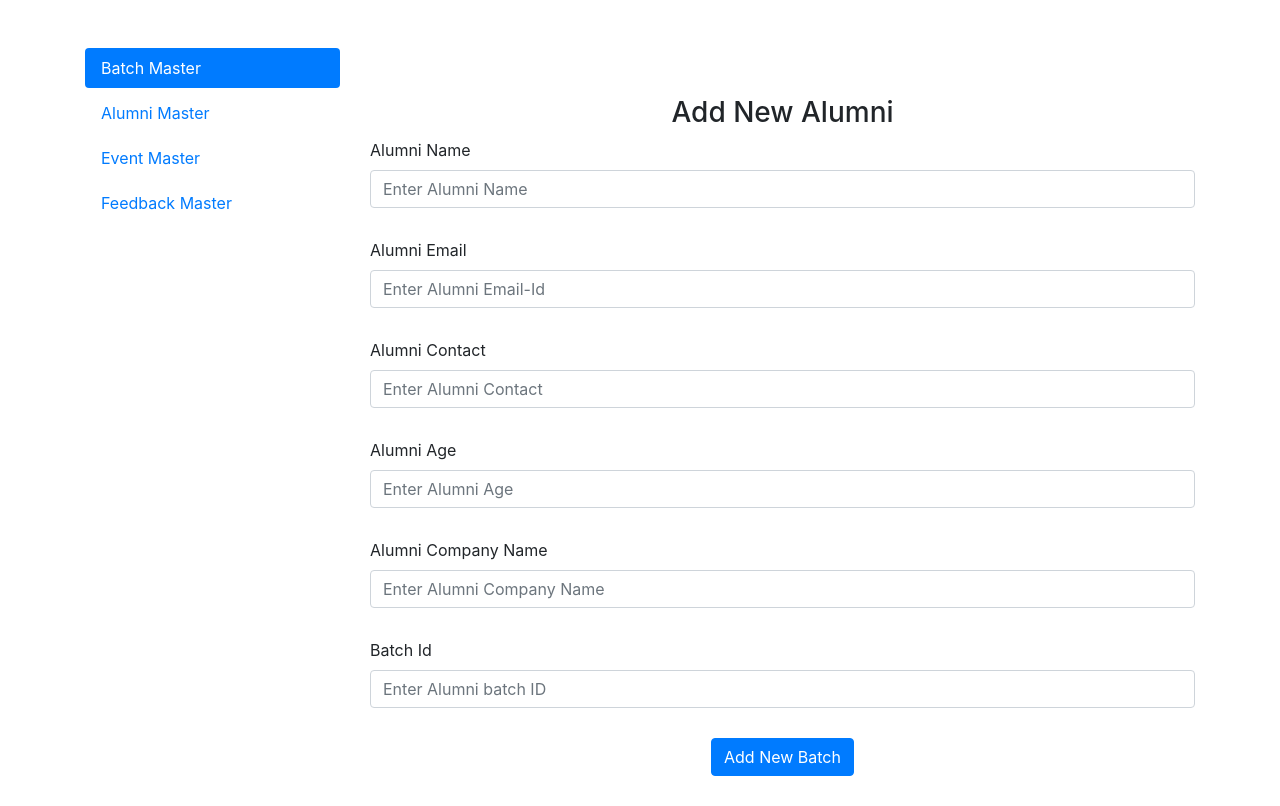
Repository: Shreyash1107/Web_Projects
Page: http://localhost/AlumnieventmanagementApplication/AddAlumni.jsp
These files come from the project's save history. The page is drawn as it stood at one moment and after a run of saves; the edit follows.
The browser window is 1280 px wide. The pictures show the whole page.
The page is served by Tomcat 9. Nobody is signed in. The application's start-up code is not run.

Above is the page before, as saved 2024-07-28 09:37:59.

After the next 2 saves:
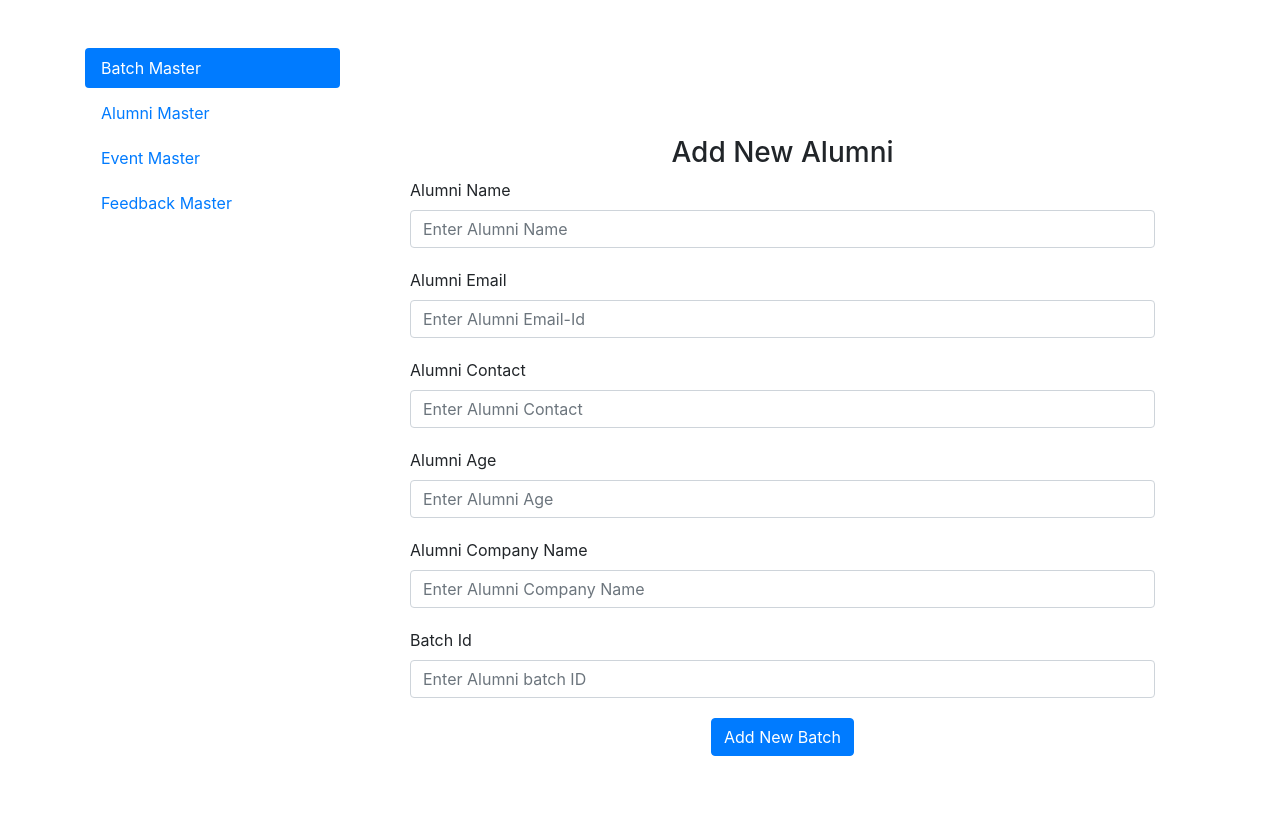
The 2 saves are shown as one change because they came seconds apart.
The last was saved 11 s later.
--- a/AlumnieventmanagementApplication/src/main/webapp/AddAlumni.jsp
+++ b/AlumnieventmanagementApplication/src/main/webapp/AddAlumni.jsp
@@ -10,8 +10,11 @@
 	integrity="sha384-Gn5384xqQ1aoWXA+058RXPxPg6fy4IWvTNh0E263XmFcJlSAwiGgFAW/dAiS6JXm"
 	crossorigin="anonymous">
 	<style>
+	.form-container {
+		padding: 40px;
+	}
 	.form-group {
-		margin-bottom: 30px;
+		margin-bottom: 20px;
 	}
 	.nav-link {
 		margin-bottom: 5px;
